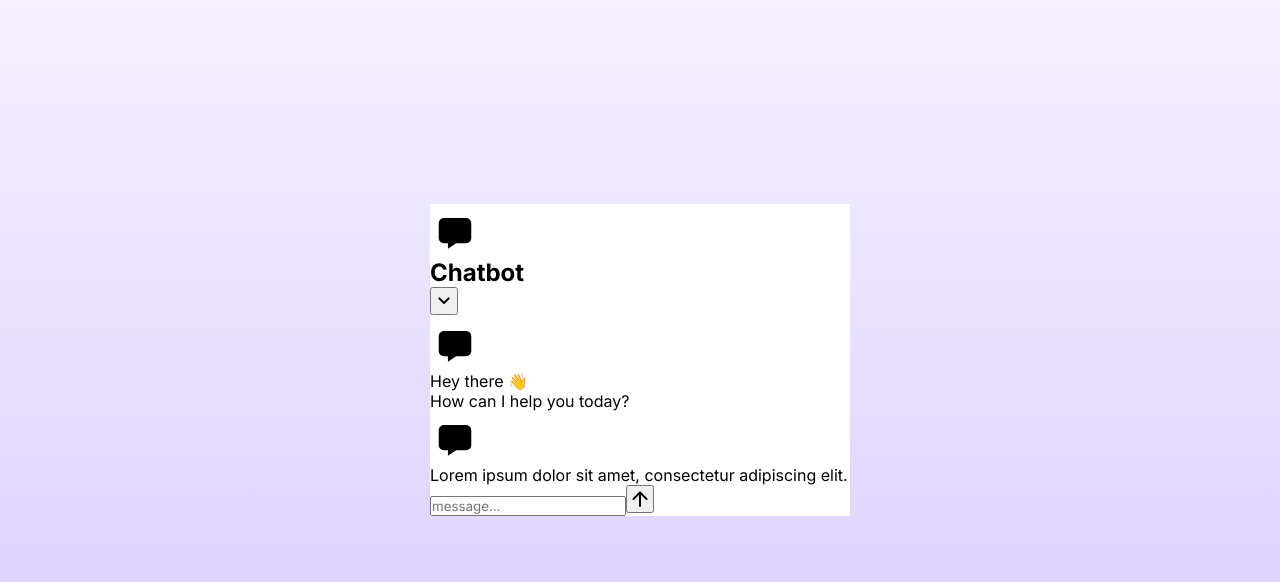
Repository: gogg23/chatbot
Page: / (app in chatbot/)
An editor plug-in stored every save of this project. The page is shown before and after the next save, followed by the edit.
The browser window is 1280 px wide. The pictures show the whole page.
The project was rebuilt for these pictures with package versions that can differ from the ones it lists, and the page was loaded fresh each time. Also part of the build but not shown: chatbot/vite.config.js.

Above is the page before, as saved 2025-01-11 11:36:55.

After the next save:
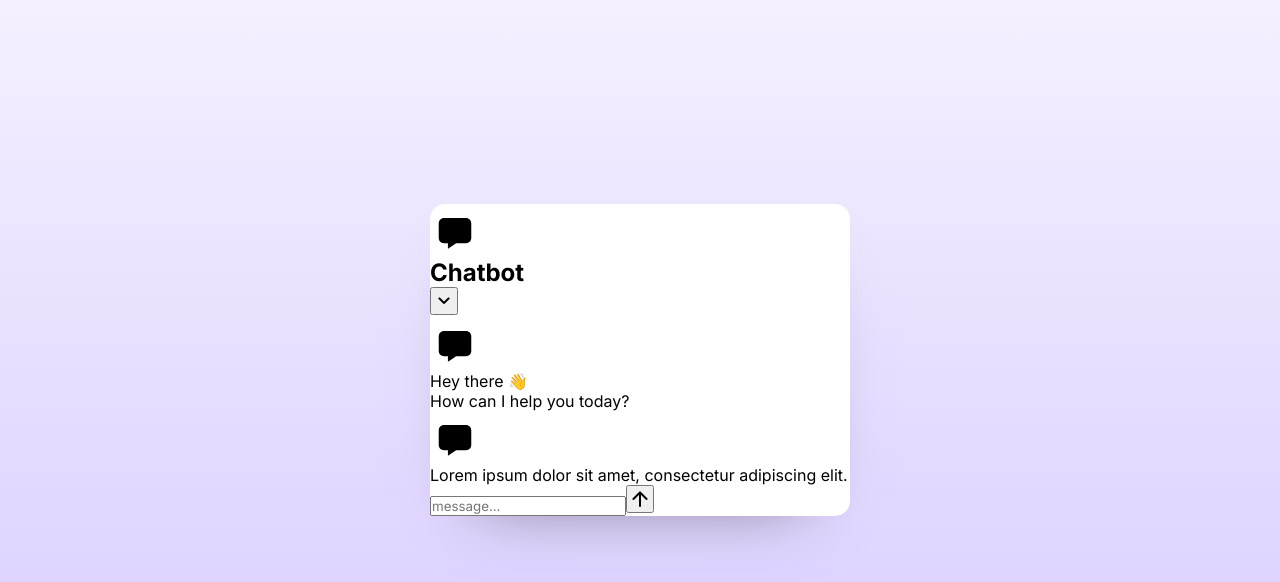
Saved 8 min 5 s later.
--- a/chatbot/src/index.css
+++ b/chatbot/src/index.css
@@ -20,4 +20,6 @@ body {
 .chatbot-popup {
   width: 420px;
   background: #fff;
+  border-radius: 15px;
+  box-shadow: 0 0 128px 0 rgba(0, 0, 0, 0), 0 32px 64px -48px rgba(0, 0, 0, 0.5);
 }
